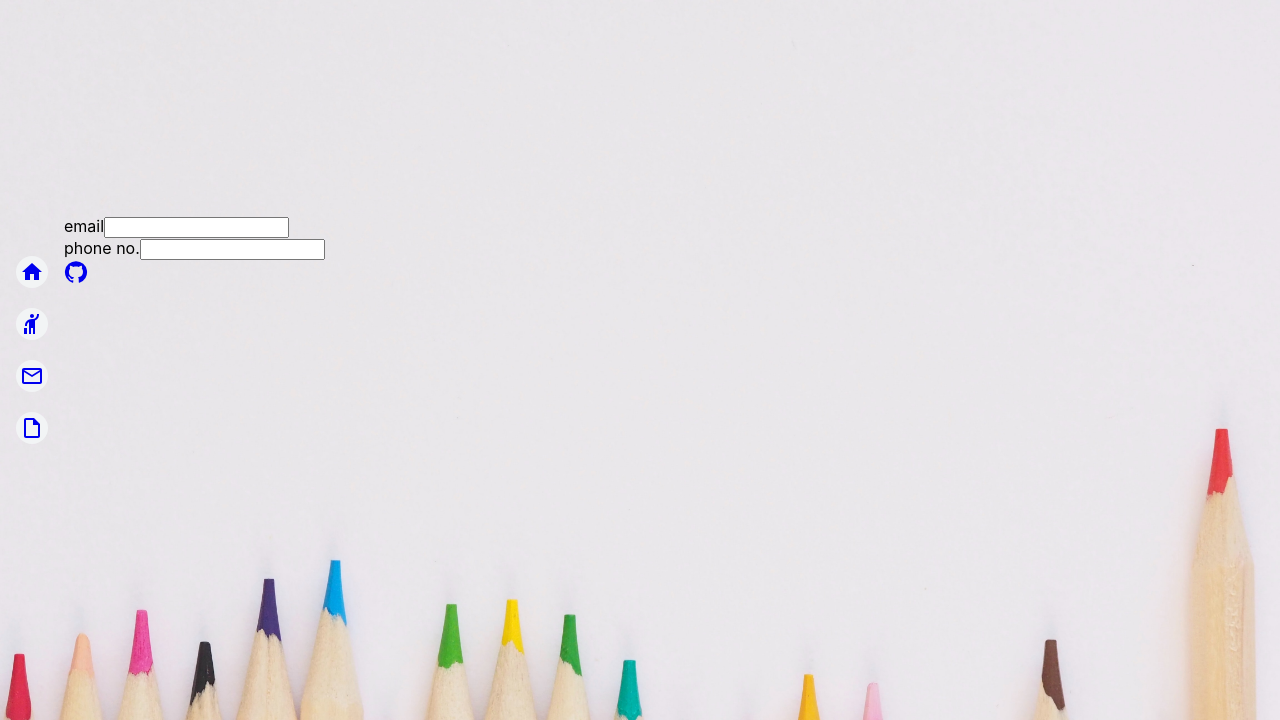
Repository: ujjawalmittal55/portfolio1
Page: /contact
An editor plug-in stored every save of this project. The page is shown before and after the next save, followed by the edit.
The browser window is 1280 px wide. The pictures show the whole page.
The project was rebuilt for these pictures with package versions that can differ from the ones it lists, and the page was loaded fresh each time. Also part of the build but not shown: src/display.css, src/Display.tsx, src/about.css, src/About.jsx, src/Document.jsx.

Above is the page before, as saved 2022-05-06 17:57:58.

After the next save:
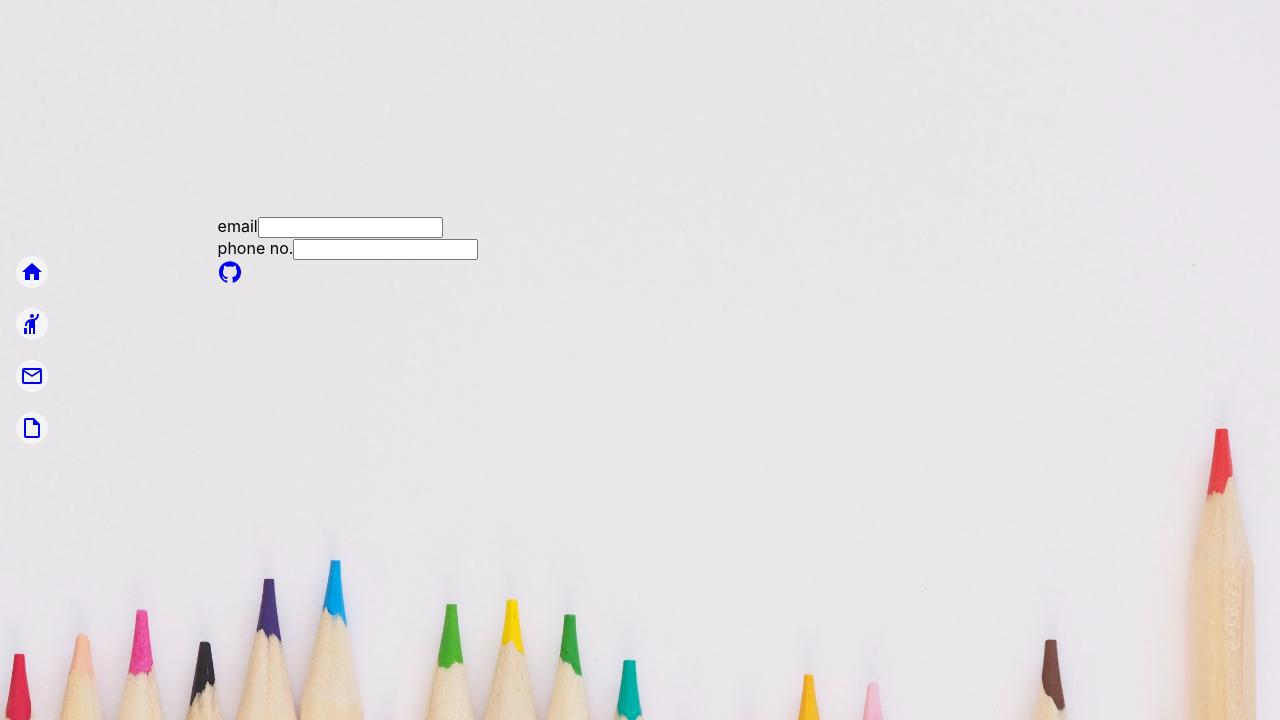
Saved 17 s later.
--- a/src/contact.css
+++ b/src/contact.css
@@ -2,5 +2,5 @@
   display: flex;
   flex-direction: column;
   margin-top: 30vh;
-  margin-right: 12vw;
+  margin-left: 12vw;
 }
